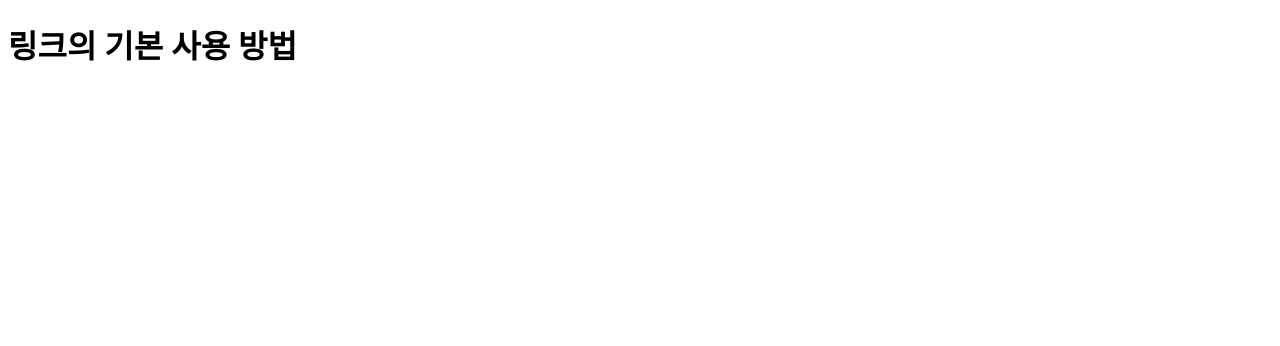
Repository: Gmajorlist/HTML
Page: html/src/main/webapp/exam01/exam03.html
An editor plug-in stored every save of this project. The page is shown before and after the next save, followed by the edit.
The browser window is 1280 px wide. The pictures show the whole page.

Above is the page before, as saved 2023-03-09 01:15:17.

### html/src/main/webapp/exam01/exam03.html
<!DOCTYPE html>
<html>
<head>
<meta charset="UTF-8">
<title>Insert title here</title>
</head>
<body>
	<h1>링크의 기본 사용 방법</h1> <!-- <h1>~~<h6> 글자크기, 굵게, 줄바꿈  -->
</body>
</html>

After the next save:
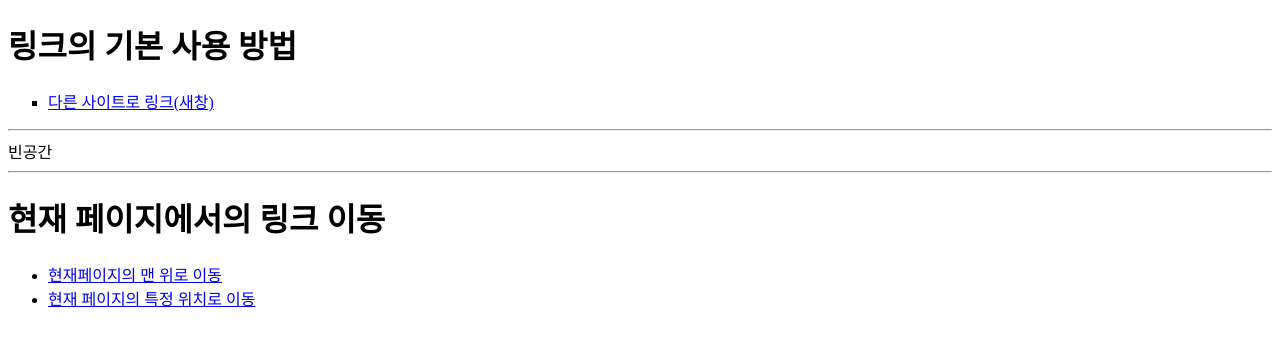
Saved 8 min 13 s later.
--- a/html/src/main/webapp/exam01/exam03.html
+++ b/html/src/main/webapp/exam01/exam03.html
@@ -3,8 +3,30 @@
 <head>
 <meta charset="UTF-8">
 <title>Insert title here</title>
+<style type="text/css">
+#blank {
+	height : 1000px;
+}
+
+
+</style>
 </head>
 <body>
 	<h1>링크의 기본 사용 방법</h1> <!-- <h1>~~<h6> 글자크기, 굵게, 줄바꿈  -->
+	<ul id= "menu">
+		<li type="square"><a href="./exam02.html>현재의 사이트의 특정 파일로 링크</a></li>
+		<li><a href="https://www.naver.com" target="_blank">다른 사이트로 링크(새창)</a></li>
+	</ul>
+
+	<hr/>
+
+	<div id="black">빈공간</div>
+	<hr/>
+
+	<h1> 현재 페이지에서의 링크 이동</h1>
+	<ul>
+		<li><a href="#">현재페이지의 맨 위로 이동</a></li>
+		<li><a href="#menu">현재 페이지의 특정 위치로 이동</a></li>
+	</ul>
 </body>
 </html>
